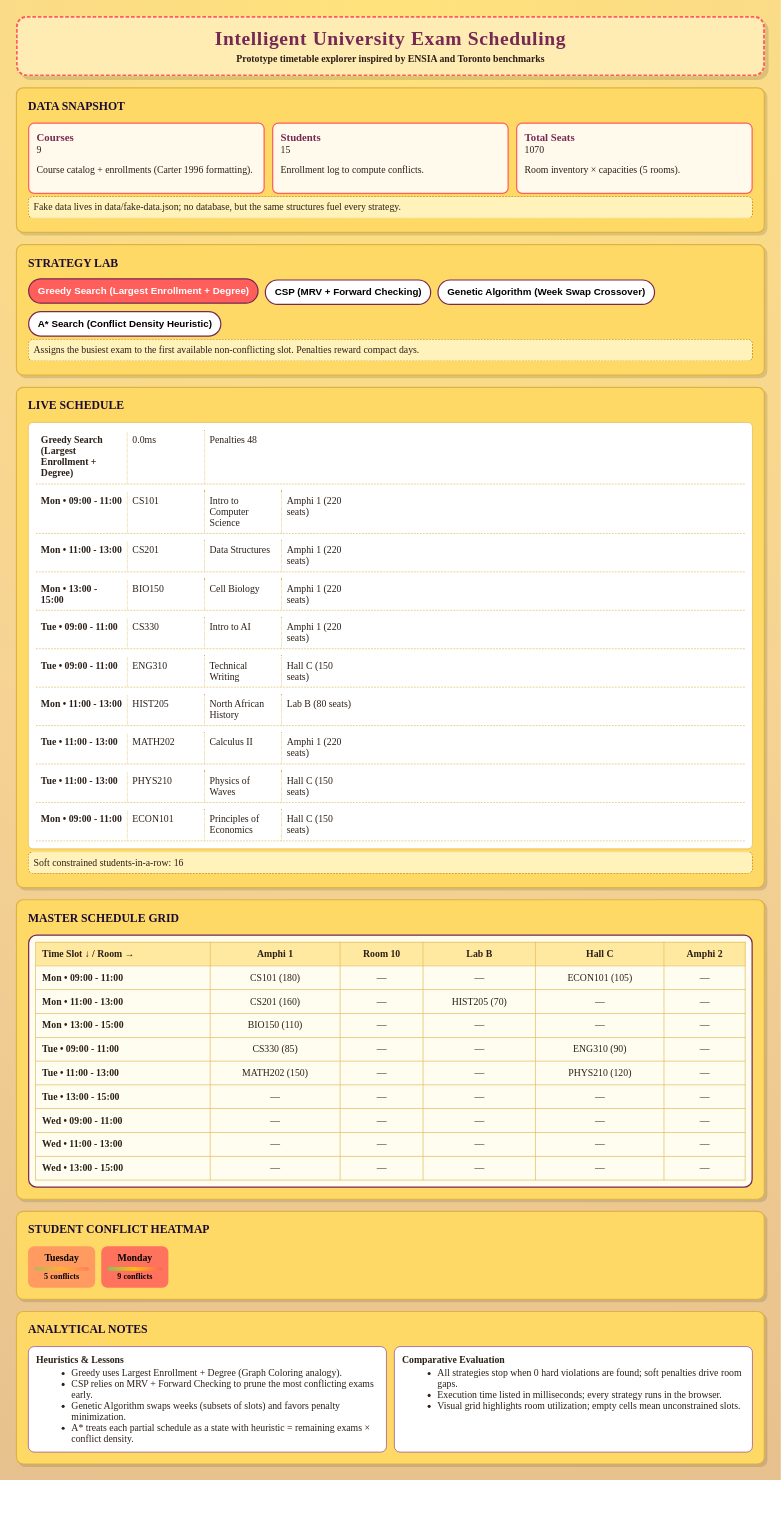
Repository: tarikko/AIExamScheduler
Page: index.html
The author's editor kept a copy of each file at every save. The page is drawn from the files as they stood at one save, then again after the next save.
The browser window is 1280 px wide. The pictures show the whole page, at 61% of full size.

Above is the page before, as saved 2026-02-23 22:32:01.

After the next save:
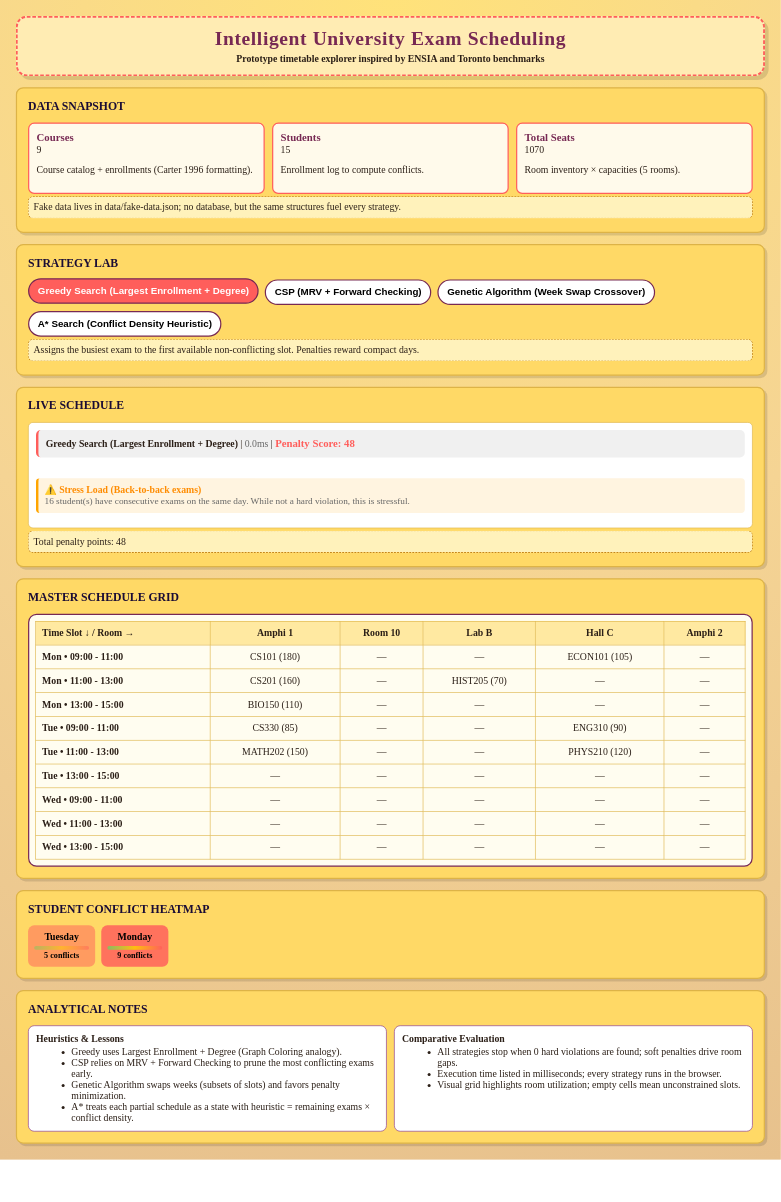
Saved 3 min 23 s later.
--- a/js/ui.js
+++ b/js/ui.js
@@ -38,29 +38,99 @@ export function renderSchedule(assignments, meta) {
 	const results = document.getElementById("schedule-results");
 	results.innerHTML = "";
 
+	// Header with algorithm, time, and penalty
 	const header = document.createElement("div");
-	header.className = "grid-row";
-	header.innerHTML = `<div class="grid-cell slot-label">${meta.label}</div>`;
-	header.innerHTML += `<div class="grid-cell">${meta.time.toFixed(
-		1
-	)}ms</div>`;
-	header.innerHTML += `<div class="grid-cell">Penalties ${meta.penalty}</div>`;
+	header.style.cssText = "padding: 12px; margin-bottom: 12px; background: #f0f0f0; border-radius: 8px; border-left: 4px solid var(--accent);";
+	header.innerHTML = `
+		<strong>${meta.label}</strong> |
+		<span style="color: #666;">${meta.time.toFixed(1)}ms</span> |
+		<span style="font-size: 1.1rem; ${meta.penalty > 0 ? 'color: var(--accent); font-weight: bold;' : 'color: green; font-weight: bold;'}">
+			Penalty Score: ${meta.penalty}
+		</span>
+	`;
 	results.appendChild(header);
 
-	assignments.forEach((slot) => {
-		const row = document.createElement("div");
-		row.className = "grid-row";
-		row.innerHTML = `
-      <div class="grid-cell slot-label">${slot.slot.label}</div>
-      <div class="grid-cell">${slot.course.code}</div>
-      <div class="grid-cell">${slot.course.name}</div>
-      <div class="grid-cell">${slot.room.name} (${slot.room.capacity} seats)</div>
-    `;
-		results.appendChild(row);
-	});
-
-	document.getElementById("score-note").textContent =
-		"Soft constrained students-in-a-row: " + meta.softViolations;
+	// Room conflicts
+	const roomConflicts = {};
+	assignments.forEach((a1) => {
+		assignments.forEach((a2) => {
+			if (a1 !== a2 && a1.room.name === a2.room.name && a1.slot.id === a2.slot.id) {
+				const key = `${a1.slot.label} @ ${a1.room.name}`;
+				if (!roomConflicts[key]) roomConflicts[key] = [];
+				roomConflicts[key].push(a1.course.code);
+			}
+		});
+	});
+
+	if (Object.keys(roomConflicts).length > 0) {
+		const conflictDiv = document.createElement("div");
+		conflictDiv.style.cssText = "margin: 12px 0; padding: 10px; background: #ffe0e0; border-radius: 6px; border-left: 4px solid var(--accent);";
+		conflictDiv.innerHTML = `<strong style="color: var(--accent);">🚨 Room Conflicts (Multiple courses in same room-time)</strong>`;
+		Object.entries(roomConflicts).forEach(([key, codes]) => {
+			const item = document.createElement("div");
+			item.style.marginTop = "6px";
+			item.textContent = `${key}: ${[...new Set(codes)].join(", ")}`;
+			conflictDiv.appendChild(item);
+		});
+		results.appendChild(conflictDiv);
+	}
+
+	// Student conflicts
+	const studentConflicts = {};
+	assignments.forEach((a1) => {
+		assignments.forEach((a2) => {
+			if (a1 !== a2 && a1.slot.id === a2.slot.id) {
+				// Check if any student takes both courses
+				const sharedStudents = [];
+				if (meta.students) {
+					meta.students.forEach((s) => {
+						if (s.courses.includes(a1.course.code) && s.courses.includes(a2.course.code)) {
+							sharedStudents.push(s.id);
+						}
+					});
+					if (sharedStudents.length > 0) {
+						const key = `${a1.slot.label}: ${a1.course.code} vs ${a2.course.code}`;
+						if (!studentConflicts[key]) studentConflicts[key] = sharedStudents.length;
+					}
+				}
+			}
+		});
+	});
+
+	if (Object.keys(studentConflicts).length > 0) {
+		const conflictDiv = document.createElement("div");
+		conflictDiv.style.cssText = "margin: 12px 0; padding: 10px; background: #ffe0e0; border-radius: 6px; border-left: 4px solid var(--accent);";
+		conflictDiv.innerHTML = `<strong style="color: var(--accent);">👤 Student Time Conflicts (Students taking 2 exams same time)</strong>`;
+		Object.entries(studentConflicts).forEach(([key, count]) => {
+			const item = document.createElement("div");
+			item.style.marginTop = "6px";
+			item.textContent = `${key} → ${count} student(s) affected`;
+			conflictDiv.appendChild(item);
+		});
+		results.appendChild(conflictDiv);
+	}
+
+	// Soft violations (consecutive exams)
+	if (meta.softViolations && meta.softViolations > 0) {
+		const softDiv = document.createElement("div");
+		softDiv.style.cssText = "margin: 12px 0; padding: 10px; background: #fff4e0; border-radius: 6px; border-left: 4px solid #ffa500;";
+		softDiv.innerHTML = `
+			<strong style="color: #ff8c00;">⚠️ Stress Load (Back-to-back exams)</strong><br>
+			<span style="font-size: 0.95rem; color: #666;">
+			${meta.softViolations} student(s) have consecutive exams on the same day. While not a hard violation, this is stressful.
+			</span>
+		`;
+		results.appendChild(softDiv);
+	}
+
+	if (Object.keys(roomConflicts).length === 0 && Object.keys(studentConflicts).length === 0 && (!meta.softViolations || meta.softViolations === 0)) {
+		const goodDiv = document.createElement("div");
+		goodDiv.style.cssText = "margin: 12px 0; padding: 10px; background: #e0ffe0; border-radius: 6px; border-left: 4px solid green;";
+		goodDiv.innerHTML = `<strong style="color: green;">✅ Perfect! No violations detected.</strong>`;
+		results.appendChild(goodDiv);
+	}
+
+	document.getElementById("score-note").textContent = `Total penalty points: ${meta.penalty}`;
 }
 
 export function buildMasterGrid(assignments, rooms, timeSlots) {
